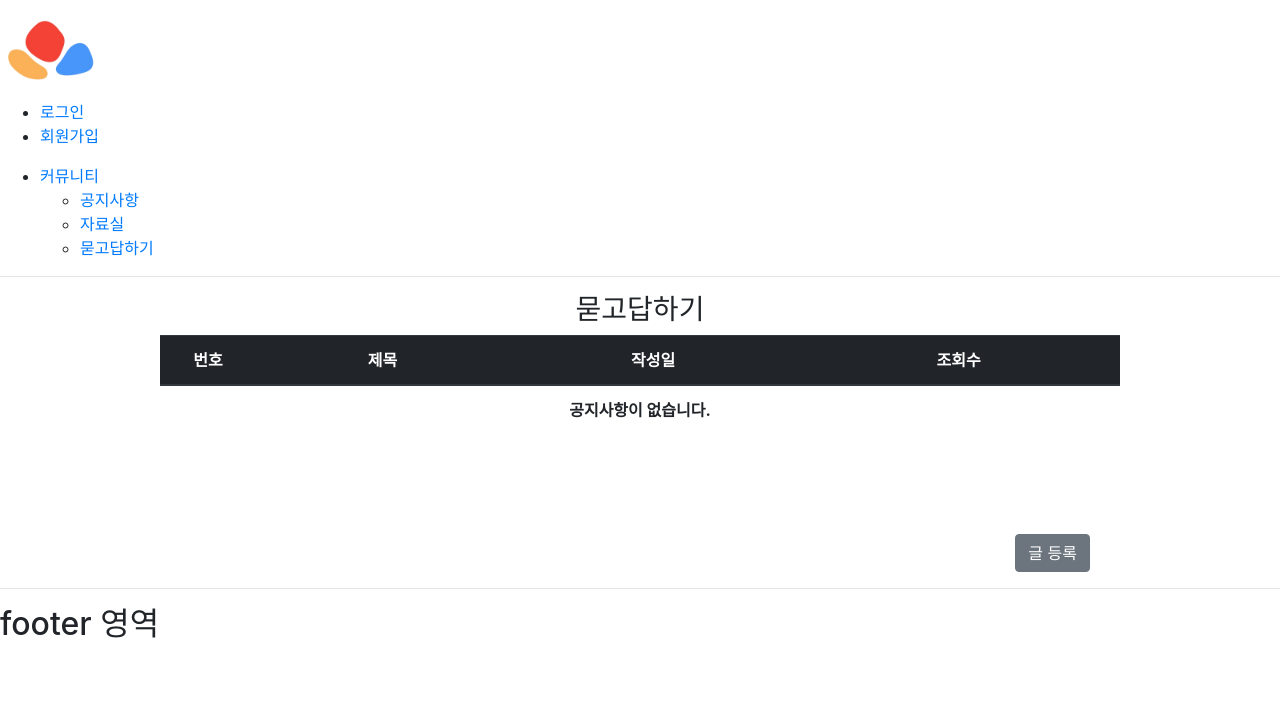
Repository: rnjsmj/pro01
Page: http://localhost/pro01/qna/qnaList.jsp
The author's editor kept a copy of each file at every save. The page is drawn from the files as they stood at one save, then again after the next save.
The browser window is 1280 px wide. The pictures show the whole page.
The page is served by Tomcat 9. Nobody is signed in. The application's start-up code is not run. The template is opened directly, without the code that normally fills it, so the values that code supplies are empty.

Above is the page before, as saved 2024-04-13 07:30:47.

After the next save:
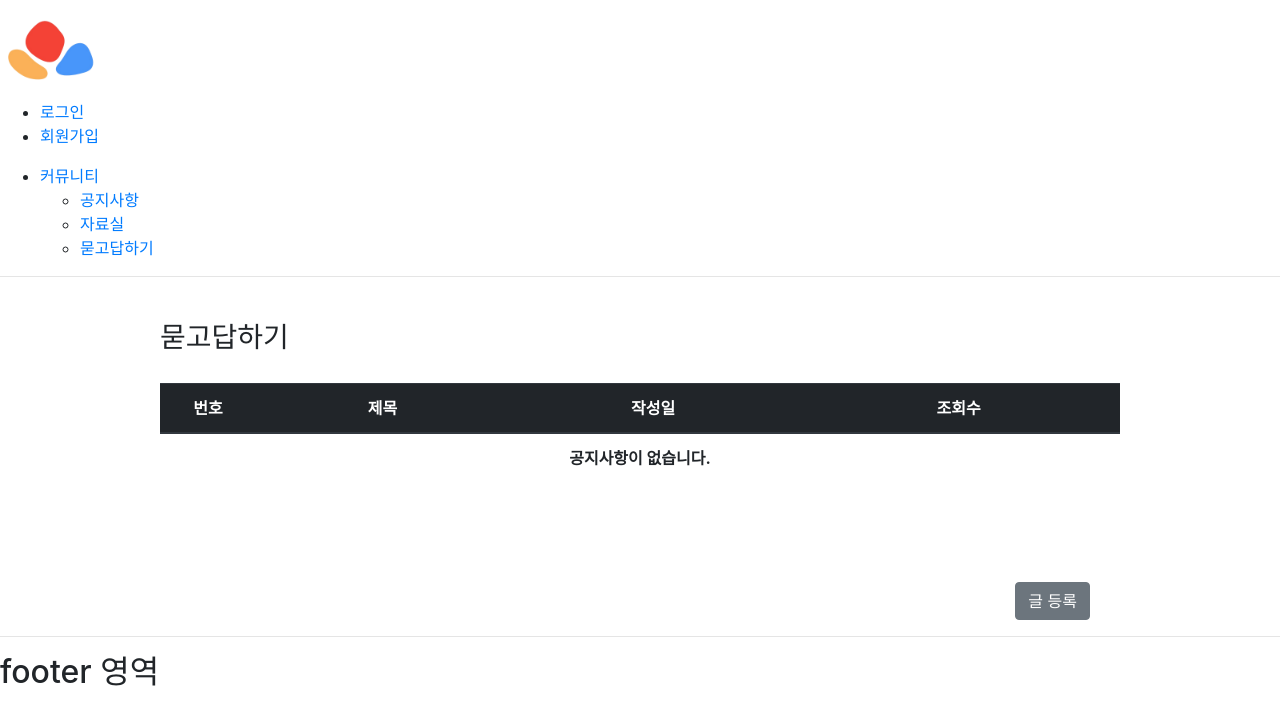
Saved 2 min 7 s later.
--- a/pro01/WebContent/qna/qnaList.jsp
+++ b/pro01/WebContent/qna/qnaList.jsp
@@ -33,7 +33,7 @@
 <div id="contents" >
 	<section>
 		<div class="page" id="page1">
-			<h3 class="title">묻고답하기</h3>
+			<h3 class="page_title">묻고답하기</h3>
 			<div class="div-table">
 				<table class="table">
 					<thead class="thead-dark">
